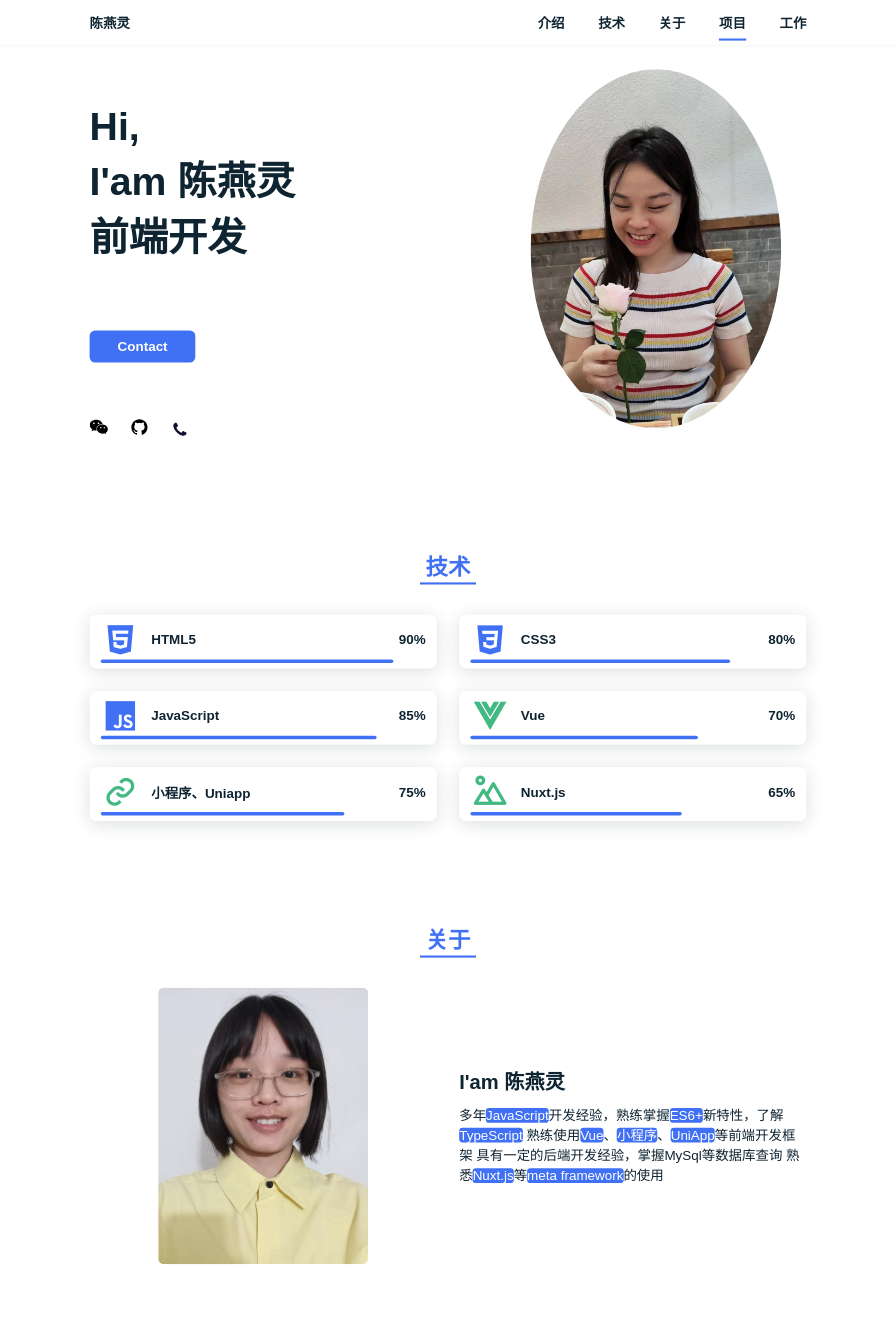
Repository: alinlinbo/yanling-resume-site
Page: index.html
An editor plug-in stored every save of this project. The page is shown before and after the next save, followed by the edit.
The browser window is 1280 px wide. The pictures show the part of the page from y = 0 to 1920 px (the page is 3770 px tall), at 70% of full size.

Above is the page before, as saved 2023-09-18 20:03:56.

### index.html
<!DOCTYPE html>
<html lang="en">

<head>
    <meta charset="UTF-8">
    <meta name="viewport" content="width=device-width, initial-scale=1.0">

    <link rel="stylesheet" href="assets/css/style.css">
    <link href='https://unpkg.com/boxicons@2.1.4/css/boxicons.min.css' rel='stylesheet'>
    <link rel="stylesheet" href="https://cdnjs.cloudflare.com/ajax/libs/font-awesome/5.15.4/css/all.min.css" />
    <title>陈燕灵简历网站</title>

</head>

<body>
    <!-- header -->

    <header class="l-header">
        <nav class="nav bd-grid">
            <div>
                <a href="#" class="nav__logo">陈燕灵</a>
            </div>

            <div class="nav__menu" id="nav-menu">
                <ul class="nav__list">
                    <li class="nav__item">
                        <a href="#home" class="nav__link active">介绍</a>
                    </li>
                    <li class="nav__item">
                        <a href="#skills" class="nav__link">技术</a>
                    </li>
                    <li class="nav__item">
                        <a href="#about" class="nav__link">关于</a>
                    </li>
                    <li class="nav__item">
                        <a href="#project" class="nav__link">项目</a>
                    </li>
                    <li class="nav__item">
                        <a href="#work" class="nav__link">工作</a>
                    </li>

                    <!-- <li class="nav__item">
                        <a href="#contact" class="nav__link">Contact</a>
                    </li> -->
                </ul>
            </div>
            <div class="nav__toggle" id="nav-toggle">
                <svg class="icon svg-icon" aria-hidden="true">
                    <use xlink:href="#icon-list"></use>
                </svg>
            </div>
        </nav>
    </header>

    <main class="l-main">
        <!-- hrme -->
        <section class="home section bd-grid" id="home">
            <div class="home__data">
                <h1 class="home__title">
                    Hi,<br>I'am <span class="home__title-color">陈燕灵</span><br> 前端开发
                </h1>
                <h1 class="phone">电话：15919213326</h1>
                <a href="#" style="position: relative; z-index: 10;" class="button" id="contact">Contact</a>
            </div>
            <div class="home__social">
                <a href="#" class="home__social-icon" id="wechat">
                    <svg class="svg-icon-home icon" aria-hidden="true">
                        <use xlink:href="#icon-weixin"></use>
                    </svg>
                </a>
                <div class="home__social-icon" >
                    <a href="#">
                        <svg class="svg-icon-home icon" aria-hidden="true">
                            <use xlink:href="#icon-github-fill"></use>
                        </svg>

                    </a>
                    <div class=" home__git">
                        <a href="https://github.com/alinlinbo">https://github.com/alinlinbo</a>
                    </div>
                </div>
                <div  class="home__social-icon">
                    <a href="#" >
                        <svg class="svg-icon-home svg-icon icon" aria-hidden="true">
                            <use xlink:href="#icon-phone"></use>
                        </svg>
                    </a>
                    <div class=" home__phone">
                        <div>15919213326</div>
                    </div>
                </div>



                <div class=" home__code">
                    <img src="assets/img/wechat_code.png" alt="">
                </div>


            </div>

            <div class="home__img">
                <img class="home__img" src="assets/img/head1.jpg" alt="">
            </div>
        </section>

        <section class="skills section" id="skills">
            <h2 class="section-title">技术</h2>

            <div class="project__container bd-grid">
                <div class="skills__data">
                    <div class="skills__item">
                        <div class="skill__introduce">
                            <div class="skills__intr__r">
                                <i class='bx bxl-html5 skills__icon'></i><span>HTML5</span>
                            </div>

                            <div class="skills__bar">90%</div>
                        </div>

                        <div class="skills__line skills__line90"></div>
                    </div>
                </div>
                <div class="skills__data">
                    <div class="skills__item">
                        <div class="skill__introduce">
                            <div class="skills__intr__r">
                                <i class='bx bxl-css3 skills__icon'></i><span>CSS3</span>
                            </div>

                            <div class="skills__bar">80%</div>
                        </div>

                        <div class="skills__line80 skills__line"></div>
                    </div>
                </div>
                <div class="skills__data">
                    <div class="skills__item">
                        <div class="skill__introduce">
                            <div class="skills__intr__r">
                                <i class='bx bxl-javascript skills__icon'></i><span>JavaScript</span>
                            </div>

                            <div class="skills__bar">85%</div>
                        </div>

                        <div class="skills__line85 skills__line"></div>
                    </div>
                </div>
                <div class="skills__data">
                    <div class="skills__item">
                        <div class="skill__introduce">
                            <div class="skills__intr__r">
                                <i class='bx bxl-vuejs skills__icon color-vue'></i><span>Vue</span>
                            </div>

                            <div class="skills__bar">70%</div>
                        </div>

                        <div class="skills__line70 skills__line"></div>
                    </div>
                </div>
                <div class="skills__data">
                    <div class="skills__item">
                        <div class="skill__introduce">
                            <div class="skills__intr__r">
                                <i class='bx bx-link skills__icon color-vue'></i><span>小程序、Uniapp</span>
                            </div>

                            <div class="skills__bar">75%</div>
                        </div>

                        <div class=" skills__line skills__line75"></div>
                    </div>
                </div>
                <div class="skills__data">
                    <div class="skills__item">
                        <div class="skill__introduce">
                            <div class="skills__intr__r">
                                <i class='bx bx-landscape skills__icon color-vue'></i><span>Nuxt.js</span>
                            </div>

                            <div class="skills__bar">65%</div>
                        </div>

                        <div class=" skills__line skills__line65"></div>
                    </div>
                </div>
            </div>
        </section>
        <section class="about section" id="about">
            <h2 class="section-title">关于</h2>
            <div class="about__container bd-grid">
                <div class="about__img">
                    <img src="assets/img/about.jpg" alt="">
                </div>
                <div>
                    <h2 class="about__subtitle">I'am 陈燕灵</h2>
                    <p class="about__text">
                        多年<span>JavaScript</span>开发经验，熟练掌握<span>ES6+</span>新特性，了解<span>TypeScript</span>
                        熟练使用<span>Vue</span>、<span>小程序</span>、<span>UniApp</span>等前端开发框架
                        具有一定的后端开发经验，掌握<soan>MySql</soan>等数据库查询
                        熟悉<span>Nuxt.js</span>等<span>meta framework</span>的使用</p>
                </div>
        </section>

        <section class="project section" id="project">
            <h2 class="section-title">项目</h2>
            <div class="project__container bd-grid">
                <div class="project__data">
                    <div class="project__item">
                        <h2 class="project__subtitle">个人线上简历</h2>
                        <span class="project__text">使用Css和JavaScript开发的个人线上简历，利用媒体查询和Rem特性同时适配了PC端和移动端，且实现了一些动画</span>
                    </div>
                </div>
                <div class="project__data">
                    <div class="project__item">
                        <h2 class="project__subtitle">润通联合云管家</h2>
                        <span
                            class="project__text">基于uniapp框架开发的微信小程序的缴费小程序。实现了缴费、房屋管理、报修管理等模块的页面、接口对接以及交互。以及axios封装和导航栏等公用组件的封装。</span>
                    </div>
                </div>
                <div class="project__data">
                    <div class="project__item">
                        <h2 class="project__subtitle">寺院后台管理系统</h2>
                        <span
                            class="project__text">使用jq，bootstrap和vue开发的寺院后台管理系统，实现了文章管理，用户管理,项目管理等模块前端页面的编写与接口的对接，在项目中对ajax请求进行封装，为接口调用添加了拦截器和loading动画，有效减少代码量并提高开发效率</span>
                    </div>
                </div>
                <div class="project__data">
                    <div class="project__item">
                        <h2 class="project__subtitle">寺院公众号项目</h2>
                        <span
                            class="project__text">使用jq开发的微信公众号微站，实现了首页，详情页，我的页面等的接口对接及样式修改，针对业务场景封装底部及顶部导航栏、头部返回等公用组件，提高代码复用</span>
                    </div>
                </div>
                <div class="project__data">
                    <div class="project__item">
                        <h2 class="project__subtitle">1983抽盒机</h2>
                        <span
                            class="project__text">基于原生微信小程序、支付宝小程序商城，项目使用小程序自带的组件，完成了优惠券红包领取、活动页主页、海报分享、抽盲盒等模块的接口对接及样式修改</span>
                    </div>
                </div>
                <div class="project__data">
                    <div class="project__item">
                        <h2 class="project__subtitle">新八佰伴等商城小程序</h2>
                        <span
                            class="project__text">基于uni-app框架开发的微信小程序商城，项目使用uview组件和uni-app自带的组件，完成了购物、详情、提交订单等模块的接口对接及样式修改</span>
                    </div>
                </div>
                <div class="project__data">
                    <div class="project__item">
                        <h2 class="project__subtitle">系统中台</h2>
                        <span class="project__text">基于vue框架，使用ant design组件开发的业务中台,完成商家参数、进口报关模块的交互与接口对接</span>
                    </div>
                </div>
                <div class="project__data">
                    <div class="project__item">
                        <h2 class="project__subtitle">商城管理后台</h2>
                        <span
                            class="project__text">使用vue框架和element-ui开发的商城管理后台，实现了优惠券、文章管理、会员管理等模块部分接口对接与前端小程序页面的编写</span>
                    </div>
                </div>
        </section>

        <section class="work section" id="work">
            <h2 class="section-title">工作</h2>
            <div class="work__container bd-grid">

                <div class="work__data">
                    <div class="work__name">
                        <i class='bx bx-buildings work__icon'></i>
                        <span class="work__name">珠海齐润科技有限公司</span>
                    </div>
                    <div class="work__name">
                        <i class='bx bxs-briefcase-alt-2 work__icon'></i>
                        <span class="work__name">负责使用 Uniapp 开发小程序，以及使用 Vue 开发后台项目。</span>
                    </div>
                    <div class="work__name">
                        <i class='bx bx-time-five work__icon'></i>
                        <span class="work__name">2022-08~2022-01</span>
                    </div>
                </div>
                <div class="work__data">
                    <div class="work__name">
                        <i class='bx bx-buildings work__icon'></i>
                        <span class="work__name">珠海唐佛科技有限公司</span>
                    </div>
                    <div class="work__name">
                        <i class='bx bxs-briefcase-alt-2 work__icon'></i>
                        <span class="work__name">负责使用vue和jquery开发微信公众号、微站和后台管理。</span>
                    </div>
                    <div class="work__name">
                        <i class='bx bx-time-five work__icon'></i>
                        <span class="work__name">2021-03~2022-07</span>
                    </div>
                </div>
                <div class="work__data">
                    <div class="work__name">
                        <i class='bx bx-buildings work__icon'></i>
                        <span class="work__name">珠海横琴智恒运通网络科技</span>
                    </div>
                    <div class="work__name">
                        <i class='bx bxs-briefcase-alt-2 work__icon'></i>
                        <span class="work__name">负责使用 Uniapp 开发小程序，以及使用 Vue 开发后台项目。</span>
                    </div>
                    <div class="work__name">
                        <i class='bx bx-time-five work__icon'></i>
                        <span class="work__name">2020-11~2021-02</span>
                    </div>
                </div>

            </div>
        </section>
        <!-- <section class="contact section" id="contact">
            <h2 class="section-title">Contact</h2>
            <div class="contact__container bd-grid">
                <form action="" class="contact__form">
                    <input type="text" placeholder="Name" class="contact__input">
                    <input type="email" placeholder="Email" class="contact__input">
                    <label for="contact-message"></label>
                    <textarea id="contact-message" name="message" cols="30" rows="10" class="contact__input"></textarea>

                    <input type="button" value="Enviar" class="contact__button button">
                </form>
            </div>
        </section> -->

    </main>

    <footer class="footer">
        <p class="footer__title">陈燕灵</p>
        <div style="display: none;" class="footer__social">
            <a href="#" class="footer__icon"><i class='bx bxl-facebook'></i></a>
            <a href="#" class="footer__icon"><i class='bx bxl-instagram'></i></a>
            <a href="#" class="footer__icon"><i class='bx bxl-twitter'></i></a>
        </div>
        <p>&#169;2023 copyright</p>
    </footer>
    <script src="https://unpkg.com/scrollreveal"></script>
    <script src="assets/js/main.js"></script>
    <script src="assets/js/iconfont.js"></script>
</body>

</html>

### assets/js/main.js

// 点击联系
const contactLink = document.querySelector('#contact')
const phoneElement = document.querySelector('.phone')

contactLink.addEventListener('click', (event) => {
  event.preventDefault()
  phoneElement.style.opacity = '.8'
})

const showMenu = (toggleId, navId) => {
  const toggle = document.getElementById(toggleId),
    nav = document.getElementById(navId)

  if (toggle && nav) {
    toggle.addEventListener('click', () => {
      nav.classList.toggle('show')
    })
  }
}

showMenu('nav-toggle', 'nav-menu')

// 点击微信图标显示微信二维码
const wechat = document.getElementById('wechat')
const homeCode = document.querySelector('.home__code')
wechat.addEventListener('mouseenter', () => {
  homeCode.style.animation = 'fadeIn 0.5s ease-in-out forwards'
  console.log('mouseenter')
})

wechat.addEventListener('mouseleave', () => {
  homeCode.style.animation = 'fadeOut 1s ease-in-out forwards'
})



// active and remove menu
const navLink = document.querySelectorAll('.nav__link')
function linkAction() {
  // active link
  navLink.forEach(n => n.classList.remove('active'))
  this.classList.add('active')

  // // remove menu mobile
  const navMenu = document.getElementById('nav-menu')
  navMenu.classList.remove('show')
}

navLink.forEach(n => n.addEventListener('click', linkAction))

// JavaScript
function isElementInViewport(el) {
  if (!el) {
    return false;
  }

  var rect = el.getBoundingClientRect();
  return (
    rect.top >= 0 &&
    rect.left >= 0 &&
    rect.bottom <= (window.innerHeight || document.documentElement.clientHeight) &&
    rect.right <= (window.innerWidth || document.documentElement.clientWidth)
  );
}

function isElements(element, index) {

  if (isElementInViewport(element)) {
    // setTimeout(() => {
    //   element.classList.add('animate');
    // }, index * 200)
    element.classList.add('animate');

  } else {
    element.classList.remove('animate');
  }
}

function handleLoad(el) {
  var element = document.querySelector(el);
  if (isElementInViewport(element)) {
    element.classList.add('animate');
  } else {
    if(element){
      element.classList.remove('animate');
    }

  }

  if (el === '.project__data' || el === '.work__data') {
    var elements = document.querySelectorAll(el);
    elements.forEach((element, index) => {
      isElements(element, index)
    })
  }

}

window.addEventListener('scroll', function () {
  handleLoad('.home__title')
  handleLoad('.about__container')
  handleLoad('.button')
  handleLoad('.home__social')
  handleLoad('.project__data')
  handleLoad('.work__data')
  handleLoad('.skills__line90')
  handleLoad('.skills__line85')
  handleLoad('.skills__line80')
  handleLoad('.skills__line70')
  handleLoad('.skills__line75')
  handleLoad('.skills__line65')
});

window.addEventListener('load', function () {
  handleLoad('.home__title')
  handleLoad('.about__container')
  handleLoad('.button')
  handleLoad('.home__social')
  handleLoad('.project__data')
  handleLoad('.work__data')
  handleLoad('.skills__line90')
  handleLoad('.skills__line85')
  handleLoad('.skills__line80')
  handleLoad('.skills__line70')
  handleLoad('.skills__line75')
  handleLoad('.skills__line65')
});



const navtt = document.getElementById('nav-menu');
// const navLink = document.querySelectorAll('.nav__link');

window.addEventListener('scroll', () => {
  const scrollPosition = window.scrollY;
  const windowHeight = window.innerHeight;

  navLink.forEach(link => {
    const section = document.querySelector(link.hash);

    // if (section.offsetTop <= scrollPosition + windowHeight / 2 && section.offsetTop + section.offsetHeight > scrollPosition + windowHeight / 2) {

    //   navLink.forEach((link,index) => {
    //     link.classList.remove('active');
    //   })
    //   link.classList.add('active');

    // }

    if (section && section.offsetTop <= scrollPosition + windowHeight / 2 && section.offsetTop + section.offsetHeight > scrollPosition + windowHeight / 2) {
      navLink.forEach((link,index) => {
        link.classList.remove('active');
      })
      link.classList.add('active');
    }

  });
});

Loaded but not shown: assets/js/iconfont.js (library); assets/css/style.css (849 lines, source omitted)

After the next save:
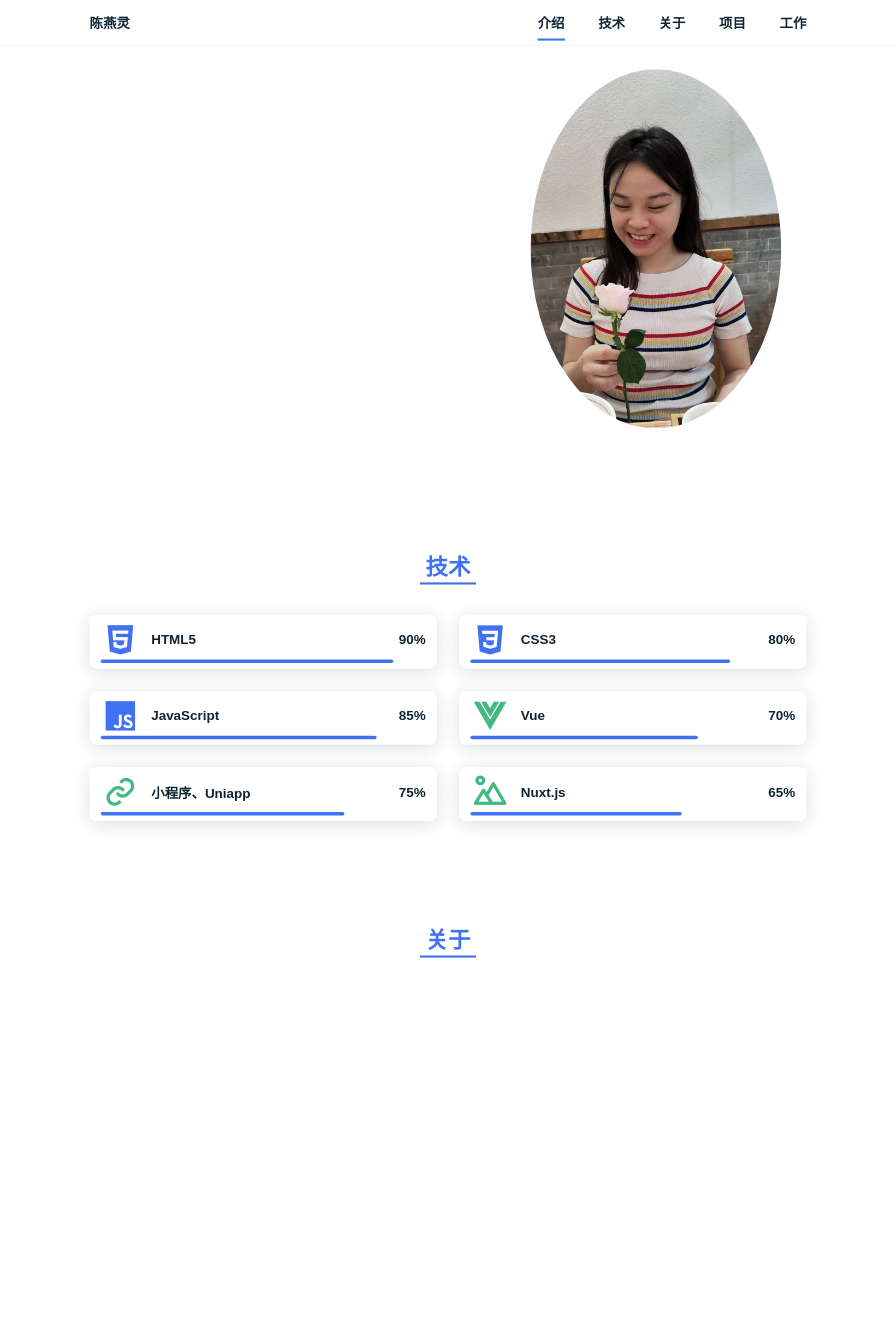
Console error: TypeError: Cannot read properties of null (reading 'addEventListener')
Saved 2 min 30 s later.
--- a/assets/js/main.js
+++ b/assets/js/main.js
@@ -33,7 +33,17 @@ wechat.addEventListener('mouseleave', () => {
   homeCode.style.animation = 'fadeOut 1s ease-in-out forwards'
 })
 
+//hover github
+const github = document.getElementById('github')
+const homeGit = document.querySelector('.home__git')
+github.addEventListener('mouseenter', () => {
+  homeCode.style.animation = 'fadeIn 0.5s ease-in-out forwards'
+  console.log('mouseenter')
+})
 
+github.addEventListener('mouseleave', () => {
+  homeCode.style.animation = 'fadeOut 1s ease-in-out forwards'
+})
 
 // active and remove menu
 const navLink = document.querySelectorAll('.nav__link')

After the save that followed:
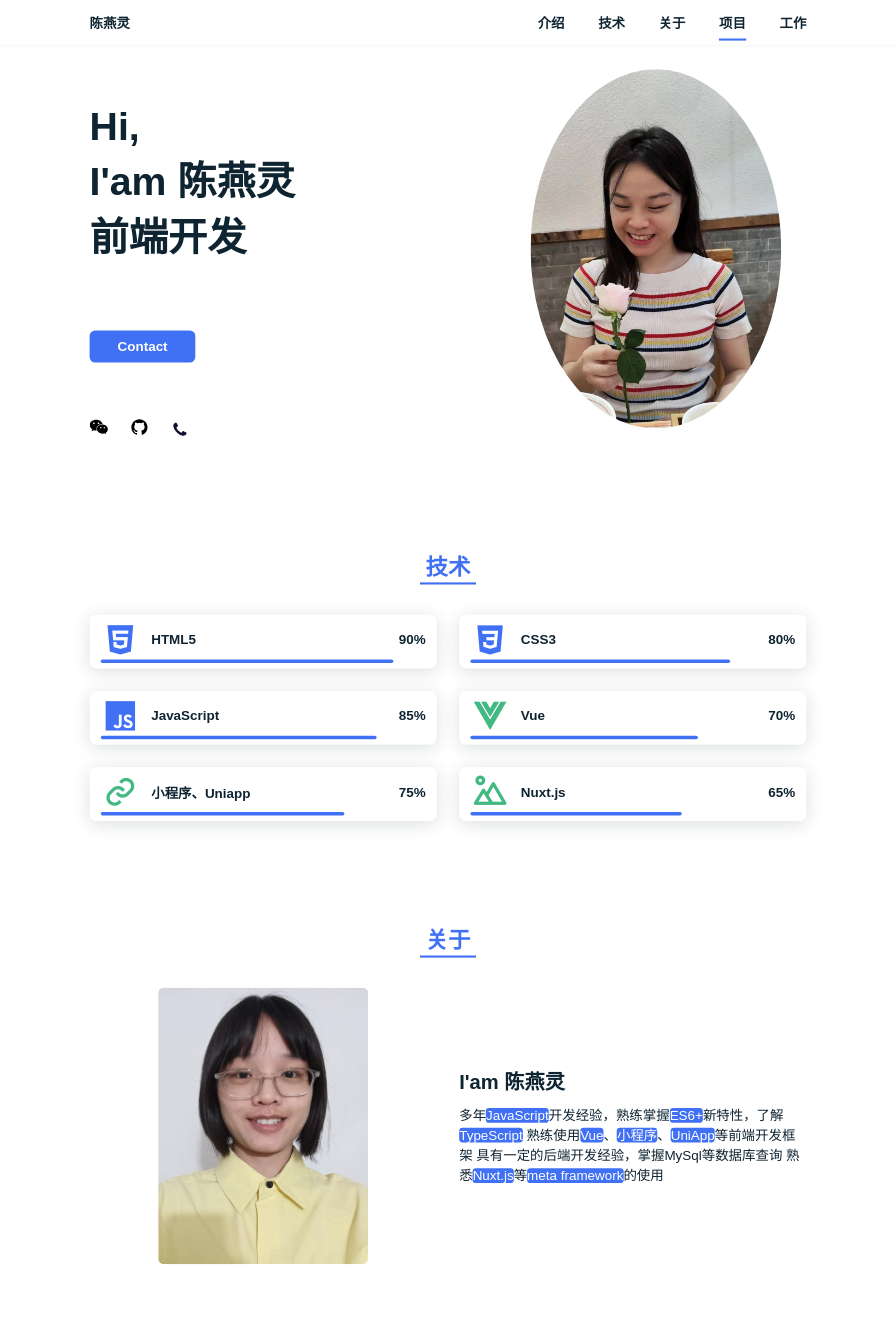
The error is gone.
Saved 23 s later.
--- a/index.html
+++ b/index.html
@@ -69,7 +69,7 @@
                     </svg>
                 </a>
                 <div class="home__social-icon" >
-                    <a href="#">
+                    <a href="#" id="github">
                         <svg class="svg-icon-home icon" aria-hidden="true">
                             <use xlink:href="#icon-github-fill"></use>
                         </svg>
